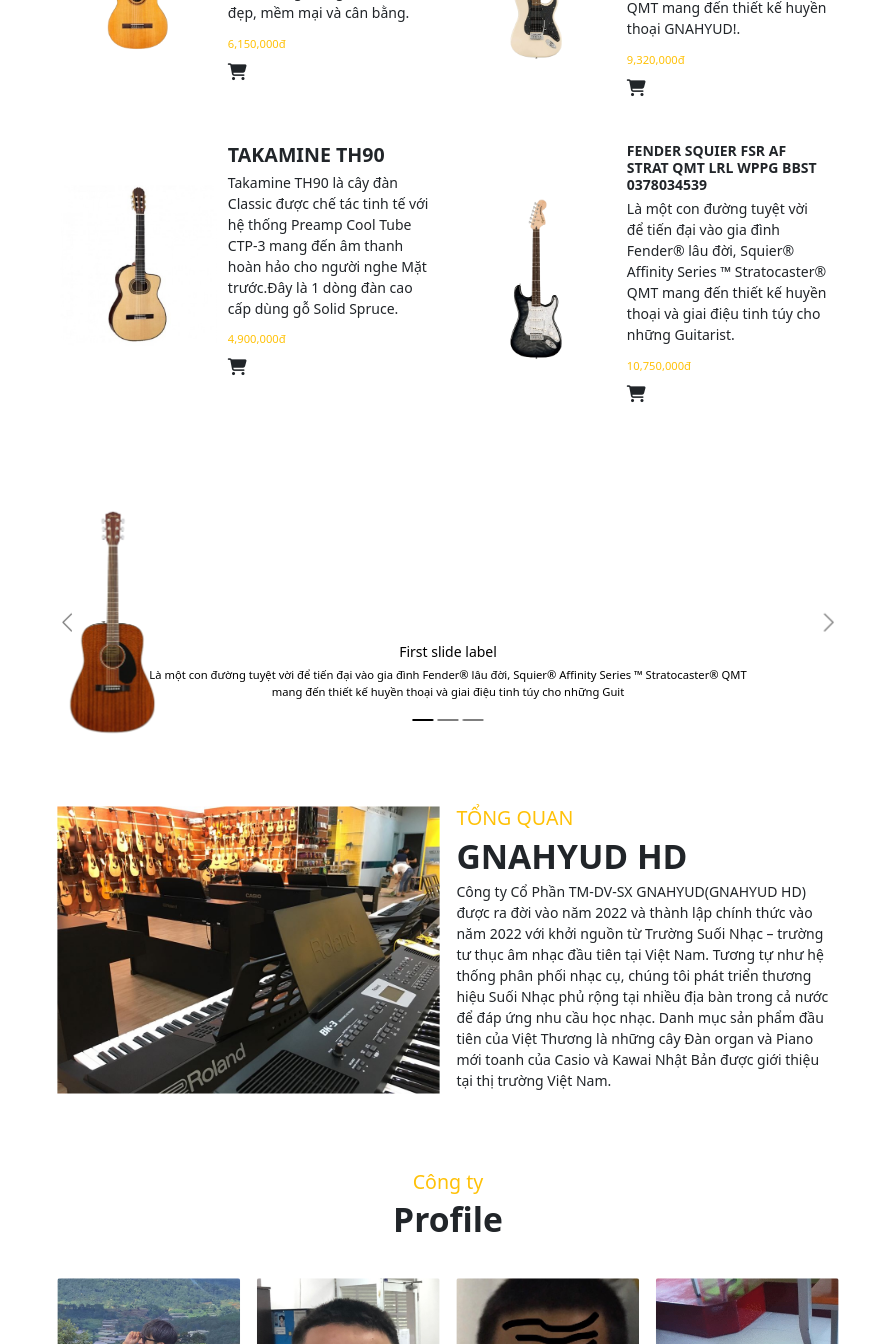
Repository: HoangDuy315/guitar
Page: index.html
The author's editor kept a copy of each file at every save. The page is drawn from the files as they stood at one save, then again after the next save.
The browser window is 1280 px wide. The pictures show the part of the page from y = 1463 to 3383 px (the page is 4869 px tall), at 70% of full size.
Some web libraries are served in a nearby version.

Above is the page before, as saved 2022-09-16 15:34:13.

After the next save:
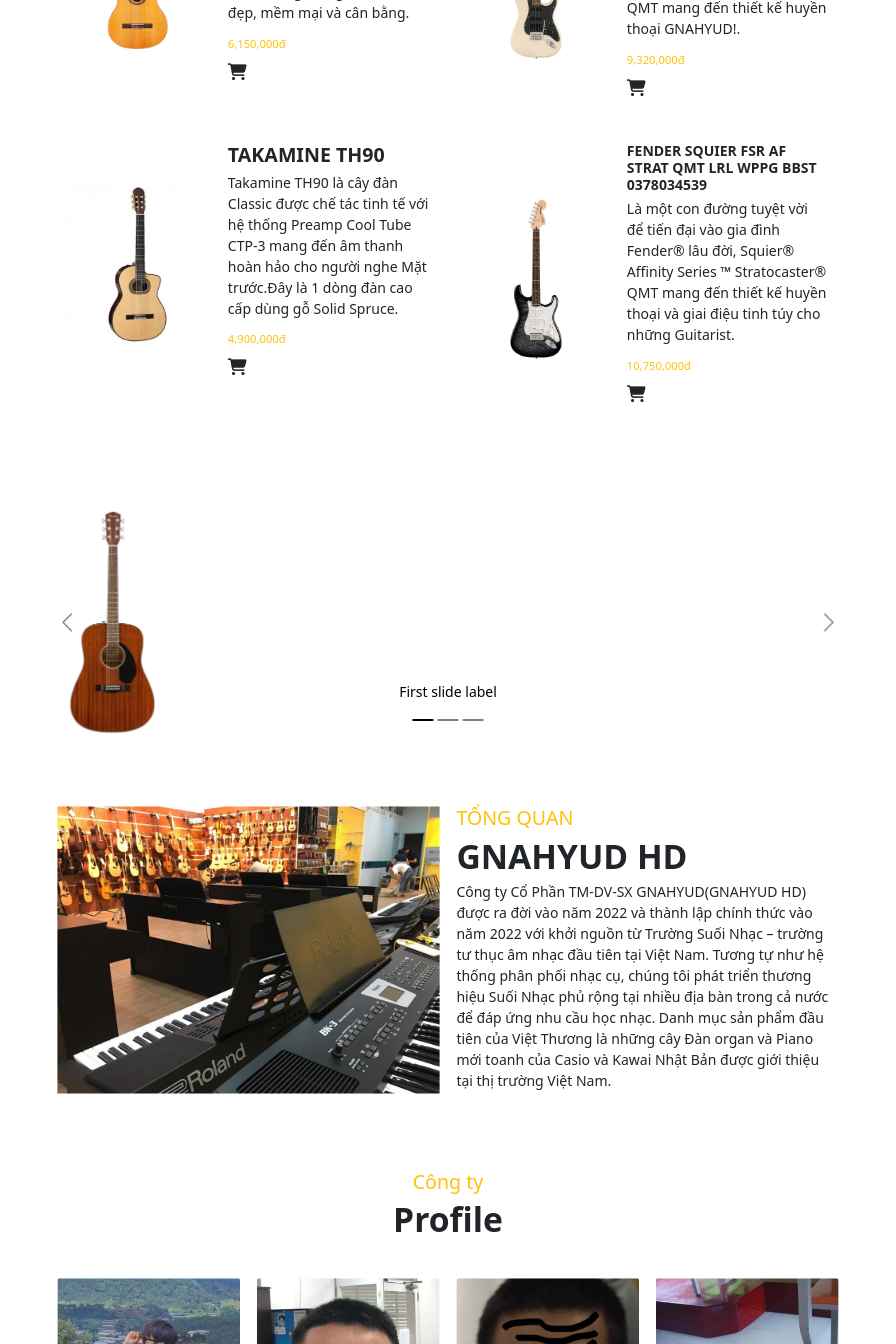
Saved 3 min 42 s later.
--- a/index.html
+++ b/index.html
@@ -208,7 +208,7 @@
           <img src="./assets/ac1.png" class="d-block w-25 h-25" alt="...">
           <div class="carousel-caption d-none d-md-block">
             <h5>First slide label</h5>
-            <p>Là một con đường tuyệt vời để tiến đại vào gia đình Fender® lâu đời, Squier® Affinity Series ™ Stratocaster® QMT mang đến thiết kế huyền thoại và giai điệu tinh túy cho những Guit</p>
+            <p></p>
           </div>
         </div>
         <div class="carousel-item" data-bs-interval="2000">
@@ -222,7 +222,7 @@
           <img src="./assets/e3.png" class="d-block w-25 h-25" alt="...">
           <div class="carousel-caption d-none d-md-block">
             <h5>FENDER SQUIER FSR AFF STRAT QMT LRL WPPG SBT</h5>
-            <p>Some representative placeholder content for the third slide.</p>
+            <p>Là một con đường tuyệt vời để tiến đại vào gia đình Fender® lâu đời, Squier® Affinity Series ™ Stratocaster® QMT .</p>
           </div>
         </div>
       </div>
